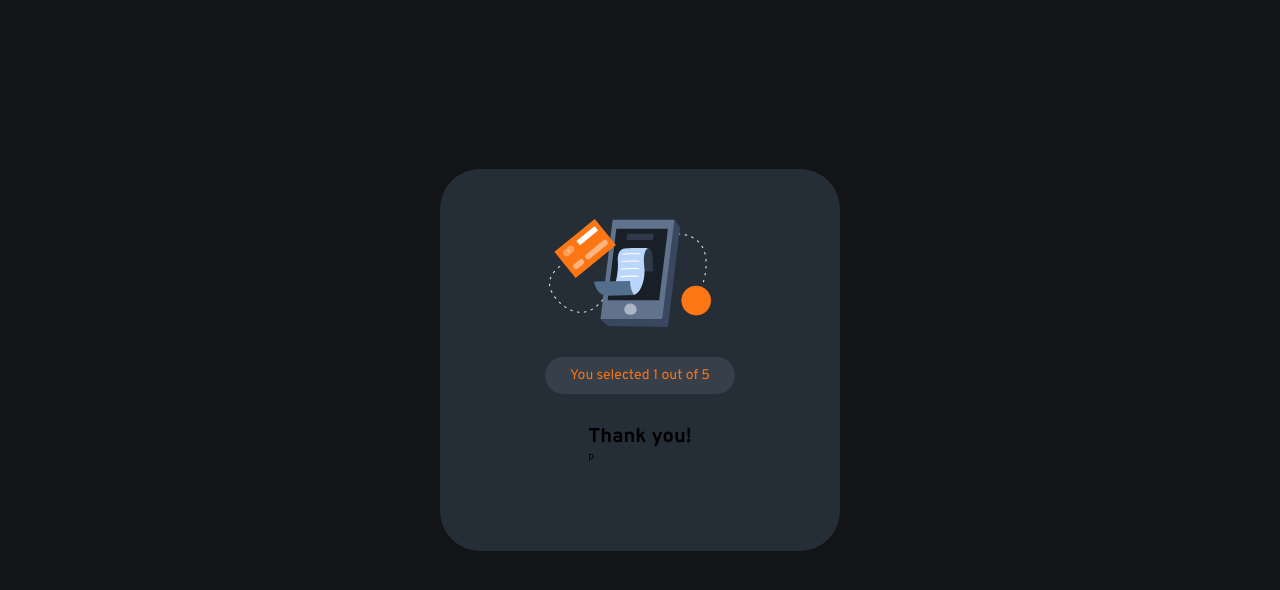
Repository: itbeginswithi/FrontebdMentor
Page: / (app in interactive-rating-component-main/), after clicking the first element matching `button.rating__cta`
An editor plug-in stored every save of this project. The page is shown before and after the next save, followed by the edit.
The browser window is 1280 px wide. The pictures show the whole page.
The project was rebuilt for these pictures with package versions that can differ from the ones it lists, and the page was loaded fresh each time.

Above is the page before, as saved 2022-07-24 12:10:00.

### interactive-rating-component-main/public/index.html
<!DOCTYPE html>
<html lang="en">
  <head>
    <meta charset="utf-8" />
    <link rel="icon" href="favicon-32x32.png" />
    <meta name="viewport" content="width=device-width, initial-scale=1" />
    <meta name="theme-color" content="#000000" />
    <meta
      name="description"
      content="Web site created using create-react-app"
    />
    <link rel="apple-touch-icon" href="%PUBLIC_URL%/logo192.png" />
    <link rel="manifest" href="%PUBLIC_URL%/manifest.json" />
    <title>React App</title>
  </head>
  <body>
    <noscript>You need to enable JavaScript to run this app.</noscript>
    <div id="root"></div>
  </body>
</html>

### interactive-rating-component-main/src/index.js
import React from 'react';
import ReactDOM from 'react-dom/client';
import './index.scss';
import App from './App';

const root = ReactDOM.createRoot(document.getElementById('root'));

root.render(
  <React.StrictMode>
    <App />
  </React.StrictMode>
);

### interactive-rating-component-main/src/index.scss
@import url('https://fonts.googleapis.com/css2?family=Overpass:wght@400;700&display=swap');

html{
  font-size: 62.5%;
}

body {
  box-sizing: border-box;
  font-family: 'Overpass';

}

*,
*:before,
*:after {
  margin: 0;
  padding: 0;
  font-family: inherit;
  box-sizing: inherit;
}

### interactive-rating-component-main/src/App.js
import React, { useState } from "react";

import IconStar from "./images/icon-star.svg";
import illustration from "./images/illustration-thank-you.svg";
import "./App.scss";

function App() {
  const [rating, setRating] = useState(1);
  const [isSent, setIsSent] = useState(false);

  const submitRating = (e) => {
    e.preventDefault();
    setIsSent(true);
  }

  return (
    <main>
      <div className="wrapper">
        {/* Rating */}
        {
          !isSent ?
          (
            <div className="rating__container">
              <div className="rating__star">
                <img src={IconStar} alt="Star Icon" />
              </div>

              <div className="rating__info">
                <h1>How did we do?</h1>
                <p>
                  Please let us know how we did with your support request. All
                  feedback is appreciated to help us improve our offering!
                </p>
              </div>

              <div className="rating__list" role="list">
                <button className={rating === 1 ? `rating__list_btn rating__list_activeBtn` : `rating__list_btn`} onClick={() => setRating(1)}>
                  1
                </button>
                <button className={rating === 2 ? `rating__list_btn rating__list_activeBtn` : `rating__list_btn`} onClick={() => setRating(2)}>
                  2
                </button>
                <button className={rating === 3 ? `rating__list_btn rating__list_activeBtn` : `rating__list_btn`} onClick={() => setRating(3)}>
                  3
                </button>
                <button className={rating === 4 ? `rating__list_btn rating__list_activeBtn` : `rating__list_btn`} onClick={() => setRating(4)}>
                  4
                </button>
                <button className={rating === 5 ? `rating__list_btn rating__list_activeBtn` : `rating__list_btn`} onClick={() => setRating(5)}>
                  5
                </button>
              </div>

              <button type="submit" className="rating__cta" onClick={submitRating}>SUBMIT</button>
            </div>
          ) : (
            <div className="appreciation">
              <img src={illustration} alt='illustration' className="illustration"/>
              <span className="appreciation__rating">You selected {rating} out of 5</span>
              <div className="text">
                <h1>Thank you!</h1>
                p
              </div>
            </div>
          )
        }
      </div>
    </main>
  );
}

export default App;

### interactive-rating-component-main/src/App.scss
$primary: hsl(25, 97%, 53%);
$white: hsl(0, 0%, 100%);
$light-grey: hsl(217, 12%, 63%);
$medium-grey: hsl(216, 12%, 54%);
$dark-blue: hsl(213, 19%, 18%);
$very-dark-blue: hsl(216, 12%, 8%);

$fontsize: 1.5rem;
$regular: 400;
$bold: 700;

@mixin flex($direction: column, $ai: center, $jc: center, $gap: 0) {
    display: flex;
    flex-direction: $direction;
    align-items: $ai;
    justify-content: $jc;
    gap: $gap;
}

main{
    height: 100vh;
    width: 100vw;
    background-color: $very-dark-blue;

    @include flex($direction: row);
}

.wrapper{
    height: 38.2rem;
    width: min(90%, 40rem);
    background-color: $dark-blue;
    border-radius: 4rem;
    padding: 3rem;

    & .rating{
        &__container{
            @include flex($gap: 2.5rem, $ai: flex-start);
        }

        &__star{
            @include flex;

            height: 5rem;
            width: 5rem;

            background-color: rgba($medium-grey, 20%);
            border-radius: 100vmax;
        }

        &__info{
            h1{
                color: $white;
                font-weight: $bold;
                font-size: 2.5rem;
                margin-bottom: 1rem;
            }

            p{
                color: $light-grey;
                font-weight: $regular;
                font-size: 1.4rem;
            }
        }

        &__list{
            width: 100%;
            @include flex($direction: row, $gap: 2rem);

            &_btn{
                width: 20%;
                height: 5.2rem;
                border: 0;
                border-radius: 100vmax;
                color: $light-grey;
                background-color: rgba($medium-grey, 20%);
                cursor: pointer;
                transition: all 150ms ease;

                &:hover{
                    color: $white;
                    background-color: $light-grey;
                }
            }

            &_activeBtn{
                color: $white !important;
                background-color: $primary !important;
            }
        }

        &__cta{
            width: 100%;

            font-size: 1.6rem;
            font-weight: $regular;
            padding: 1.5rem 0;
            letter-spacing: .1rem;
            color: #fff;

            border: 0;
            border-radius: 100vmax;
            background-color: $primary;
            cursor: pointer;

            transition: all 150ms ease;

            &:hover{
                color: $primary;
                background-color: $white;
            }

        }
    }

    & .appreciation{
       @include flex($gap: 3rem);
        padding: 2rem;

       & .illustration{
        margin-left: -2rem;
       }

       &__rating{
        color: $primary;
        background-color: rgba($medium-grey, 20%);
        font-weight: $regular;
        padding: 1rem 2.5rem;
        border-radius: 100vmax;
        font-size: 1.4rem;
       }


    }
}

After the next save:
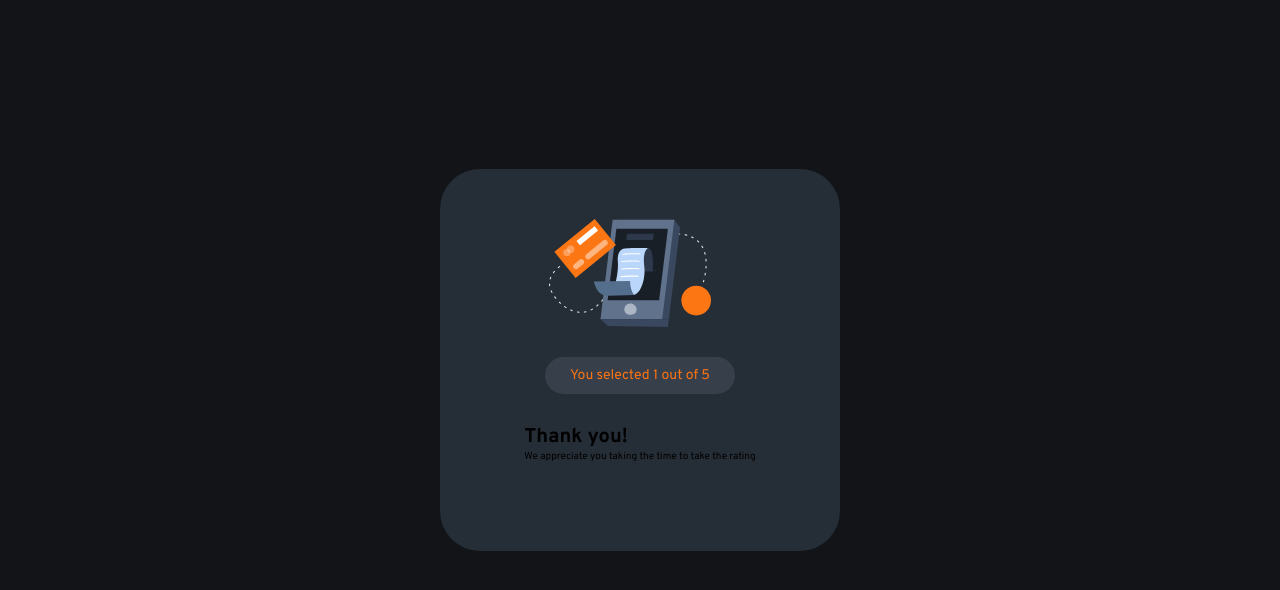
Saved 11 s later.
--- a/interactive-rating-component-main/src/App.js
+++ b/interactive-rating-component-main/src/App.js
@@ -59,7 +59,7 @@ function App() {
               <span className="appreciation__rating">You selected {rating} out of 5</span>
               <div className="text">
                 <h1>Thank you!</h1>
-                p
+                <p>We appreciate you taking the time to take the rating</p>
               </div>
             </div>
           )
